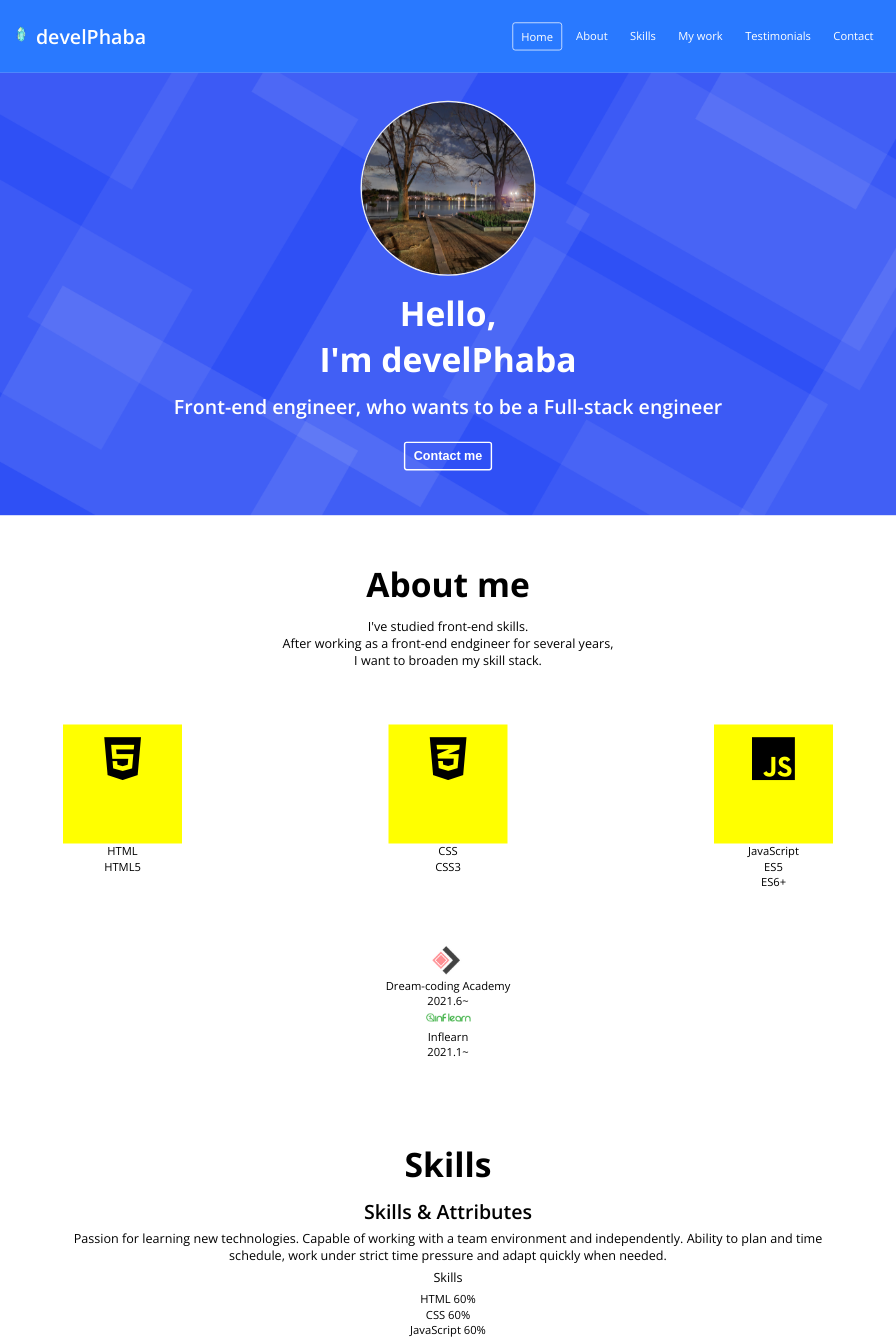
Repository: delphkim/portfolio
Page: index.html
An editor plug-in stored every save of this project. The page is shown before and after the next save, followed by the edit.
The browser window is 1280 px wide. The pictures show the part of the page from y = 0 to 1920 px (the page is 6038 px tall), at 70% of full size.
Some web libraries are served in a nearby version.

Above is the page before, as saved 2021-08-03 20:02:23.

### index.html
<!DOCTYPE html>
<html lang="en">
  <head>
    <meta charset="UTF-8" />
    <meta http-equiv="X-UA-Compatible" content="IE=edge" />
    <meta name="viewport" content="width=device-width, initial-scale=1.0" />
    <title>DevelPhaba's Portfolio</title>
    <meta name="description" content="Portfolio for world-reknowned software engineer develPhaba"/>
    <meta name="author" content="develPhaba" />
    <link rel="icon" type="img/png" href="./imgs/favicon.png">
    <script src="https://kit.fontawesome.com/d2b892ca94.js" crossorigin="anonymous"></script>
    <link rel="preconnect" href="https://fonts.googleapis.com" />
    <link rel="preconnect" href="https://fonts.gstatic.com" crossorigin />
    <link href="https://fonts.googleapis.com/css2?family=Open+Sans:wght@400;600;700&display=swap" rel="stylesheet"/>
    <!-- CSS rules to specify families -->
    <!-- 1. font-family: 'Open Sans', sans-serif;  -->
    <link rel="stylesheet" href="./style.css">
    <script src="./main.js" defer></script>
  </head>
  <body>
    <!-- Navbar -->
    <nav id="navbar">
      <div class="navbar__logo">
        <img class="navbar__icon" src="./imgs/favicon.png" alt="logo">
        <a href="#">develPhaba</a>
      </div>

        <ul class="navbar__menu">
          <li class="navbar__menu__item active">Home</li>
          <li class="navbar__menu__item">About</li>
          <li class="navbar__menu__item">Skills</li>
          <li class="navbar__menu__item">My work</li>
          <li class="navbar__menu__item">Testimonials</li>
          <li class="navbar__menu__item">Contact</li>
        </ul>

    </nav>
    <!-- Home -->
    <section id="home">
      <img src="./imgs/home.jpg"
           alt="develPhabas' profile photo"
           class="home__avatar">
           <h1 class="home__title">Hello, <br>I'm develPhaba</br></h1>
           <h2 class="home__description">Front-end engineer, who wants to be a Full-stack engineer </h2>
           <button class="home__contact">Contact me</button>
    </section>
    <!-- About -->
    <section id="about" class="section">
      <h1>About me</h1>
      <p>I've studied front-end skills.
        <br>After working as a front-end endgineer for several years,
        <br>I want to broaden my skill stack.
      </p>
      <div class="about__majors">
        <div class="major">
          <div class="major__icon">
            <i class="fab fa-html5"></i>
          </div>
          <div class="major__title">HTML</div>
          <div class="major__description">HTML5</div>
        </div>
        <div class="major">
            <div class="major__icon">
              <i class="fab fa-css3-alt"></i>
            </div>
            <div class="major__title">CSS</div>
            <div class="major__description">CSS3</div>
        </div>
        <div class="major">
          <div class="major__icon">
            <i class="fab fa-js"></i>
          </div>
          <div class="major__title">JavaScript</div>
          <div class="major__description">ES5<br>ES6+</div>
        </div>
      </div>
      <div class="about__schools">
        <div class="school">
          <img src="./imgs/schools/dream-coding.png" alt="dream-coding" class="school__logo">
          <div class="school__title">Dream-coding Academy</div>
          <div class="school__years">2021.6~</div>
        </div>
        <div class="school">
          <img src="./imgs/schools/inflearn.png" alt="inflearn" class="school__logo">
          <div class="school__title">Inflearn</div>
          <div class="school__years">2021.1~</div>
        </div>
      </div>

    </section>
    <!-- Skills -->
    <section id="skills" class="section">
      <h1>Skills</h1>
      <h2>Skills & Attributes</h2>
      <p>
        Passion for learning new technologies. Capable of working with a team environment
        and independently. Ability to plan and time schedule, work under
        strict time pressure and adapt quickly when needed.
      </p>
      <div class="skillset">
        <div class="skillset__left">
          <h3 class="skillset__title">Skills</h3>
          <div class="skill">
            <div class="skill__description">
              <span>HTML</span>
              <span>60%</span>
            </div>
            <div class="skill__bar">
              <div class="skill__value"></div>
            </div>
          </div>
          <div class="skill">
            <div class="skill__description">
              <span>CSS</span>
              <span>60%</span>
            </div>
            <div class="skill__bar">
              <div class="skill__value"></div>
            </div>
          </div>
          <div class="skill">
            <div class="skill__description">
              <span>JavaScript</span>
              <span>60%</span>
            </div>
            <div class="skill__bar">
              <div class="skill__value"></div>
            </div>
          </div>
        </div>
        <div class="skillset__right">
          <div class="tools">
            <h3 class="skillset__title">tools</h3>
            <ul class="tools__list">
              <li><span>Visual Studio Code</span></li>
              <li><span>...</span></li>
              <li><span>...</span></li>
              <li><span>...</span></li>
              <li><span>...</span></li>
            </ul>
          </div>
          <div class="etc">
            <h3 class="skillset__title">etc</h3>
            <ul class="ect__list">
              <li><span>Git</span></li>
              <li><span>Github</span></li>
              <li><span>...</span></li>
            </ul>
          </div>


        </div>
      </div>
    </section>
    <!-- Work -->
    <section id="work" class="section">
      <h1>My work</h1>
      <h3>Projects</h3>
      <div class="work__categories">
        <button class="category__btn">All <span class="category__count">8</span></button>
        <button class="category__btn">Vanilla JS <span class="category__count">3</span></button>
        <button class="category__btn">React <span class="category__count">3</span></button>
        <button class="category__btn">Backend <span class="category__count">2</span></button>
      </div>
      <div class="work__projects">
        <a href="https://github.com/develPhaba/test"
           class="project"
           targe="blank">
           <img class="project__img" src="./imgs/projects/1.jpg" alt="one">
           <div class="project__description">
             <h3>first project</h3>
             <span>Clone coding with HTML and CSS</span>
           </div>
        </a>
        <a href="https://github.com/develPhaba/test"
           class="project"
           target="blank">
           <img class="project__img" src="./imgs/projects/2.jpg" alt="two">
           <div class="project__description">
            <h3>Second project</h3>
            <span>Clone coding with HTML, CSS and JavaScript</span>
          </div>
        </a>
        <a href="https://github.com/develPhaba/test"
           class="project"
           target="blank">
           <img class="project__img" src="./imgs/projects/3.jpg" alt="three">
           <div class="project__description">
            <h3>third project</h3>
            <span>Clone coding with HTML,CSS and JavaScript</span>
           </div>
        </a>
        <a href="https://github.com/develPhaba/test"
           class="project"
           target="blank">
          <img class="project__img" src="./imgs/projects/4.jpg" alt="four">
          <div class="project__description">
            <h3>fourth project</h3>
            <span>Clone coding,Front-end with React</span>
          </div>
        </a>
        <a href="https://github.com/develPhaba/test"
           class="project"
           target="blank">
          <img class="project__img" src="./imgs/projects/5.jpg" alt="five">
          <div class="project__description">
            <h3>fifth project</h3>
            <span>Clone coding,Front-end with React</span>
          </div>
        </a>
        <a href="https://github.com/develPhaba/test"
           class="project"
           target="blank">
          <img class="project__img" src="./imgs/projects/6.jpg" alt="six">
          <div class="project__description">
            <h3>sixth project</h3>
            <span>Clone coding,Front-end with React</span>
          </div>
        </a>
        <a href="https://github.com/develPhaba/test"
           class="project"
           target="blank">
           <img class="project__img" src="./imgs/projects/7.jpg" alt="seven">
           <div class="project__description">
            <h3>seventh project</h3>
            <span>Clone coding, Back-end with Node.js</span>
           </div>
        </a>
        <a href="https://github.com/develPhaba/test"
           class="project"
           target="blank">
           <img class="project__img" src="./imgs/projects/8.jpg" alt="eight">
           <div class="project__description">
            <h3>eighth project</h3>
            <span>Clone coding, Back-end with Node.js</span>
           </div>
        </a>
      </div>
    </section>
    <!-- Testimonials -->
    <section id="testimonials" class="section">
      <h1>Testimonials</h1>
      <h3>See what they say about me</h3>
      <div class="testimonials">
        <div class="testimonial">
          <img src="./imgs/testimonial/people1.jpg"
               alt="people"
               class="testimonial__avatar">
               <div class="testimonial__speech-bubble">
                 <p>Lorem ipsum dolor sit amet consectetur adipisicing elit. Magnam, vitae.
                   Dolores sit in amet quos. Alias maiores accusantium dolore error illo eligendi,
                   vel sint aperiam nemo soluta debitis deserunt voluptas.</p>
                   <p class="name"><a href="https://github.com/develPhaba/test">TestName</a>/Test company</p>
               </div>
        </div>
        <div class="testimonial">
          <img src="./imgs/testimonial/people2.jpg"
               alt="people"
               class="testimonial__avatar">
               <div class="testimonial__speech-bubble">
                <p>Lorem ipsum dolor sit amet consectetur adipisicing elit. Magnam, vitae.
                  Dolores sit in amet quos. Alias maiores accusantium dolore error illo eligendi,
                  vel sint aperiam nemo soluta debitis deserunt voluptas.</p>
                <p class="name"><a href="https://github.com/develPhaba/test">TestName2</a>/Test company2</p>
              </div>
        </div>
      </div>
    </section>
    <!-- Contact -->
    <section id="contact" class="section">
      <h1 class="contact__title">Let's talk</h1>
      <h2 class="contact__email">hgkim9201@gmail.com</h2>
      <div class="contact__links">
      <a href="https://github.com/develPhaba">
        <i class="fa fa-github"></i>
      </a>
      <a href="">
      <i class="fa fa-linkedin-square"></i>
      </a>
      </div>
      <p class="contact__rights">Dreaming-coding Ellie -All rights reserved</p>
    </section>
  </body>
</html>

### style.css
:root {
  /* Color */
  --color-white: #ffffff;
  --color-light-white: #eeeeee;
  --color-dark-white: #bdbdbd;
  --color-pink: #fe918d;
  --color-dark-pink: #ff6863;
  --color-black: #4d4d4d;
  --color-dark-grey: #4d4d4d;
  --color-grey: #616161;
  --color-blue: #73aace;
  --color-yellow: #fff7d1;
  --color-orange: #feb546;
  --color-black: #000000;
  --color-green: #80deea;
  --color-sky-blue: #2979ff;
  --color-dark-blue: rgb(31, 94, 204);
  /* Font size */
  --font-large: 48px;
  --font-medium: 28px;
  --font-regular: 18px;
  --font-small: 16px;
  --font-micro: 14px;
  /* Font weight */
  --weight-bold: 700;
  --weight-semi-bold: 600;
  --weight-regular: 400;
  /* Size */
  --size-border-radius: 4px;
}
/* Universal tags */
* {
  box-sizing: border-box;
}
body {
  font-family: "Open Sans", sans-serif;
  margin: 0;
  cursor: default;
}
a {
  text-decoration: none;
  color: var(--color-white);
}
ul {
  list-style: none;
  padding-left: 0;
}
h1 {
  font-size: var(--font-large);
  font-weight: var(--weight-bold);
  color: var(--color-black);
  margin: 16px 0;
}
h2 {
  font-size: var(--font-medium);
  font-weight: var(--weight-semi-bold);
  color: var(--color-black);
  margin: 8px 0;
}
h3 {
  font-size: var(--font-regular);
  font-weight: var(--weight-regular);
  color: var(--color-black);
  margin: 8px 0;
}
p {
  font-size: var(--font-regular);
  font-weight: var(--weight-regular);
  color: var(--color-black);
  margin: 4px 0;
}
button {
  background-color: transparent;
  cursor: pointer;
  border: none;
  outline: none;
}
/* Navbar */
#navbar {
  display: flex;
  justify-content: space-between;
  background-color: var(--color-sky-blue);
  align-items: center;
  color: var(--color-white);
  padding: 16px;
}
.navbar__logo {
  font-size: var(--font-medium);
  font-weight: var(--weight-semi-bold);
}
.navbar__icon {
  width: var(--font-medium);
  height: var(--font-medium);
}
.navbar__menu {
  display: flex;
}
.navbar__menu__item {
  padding: 8px 12px;
  margin: 0 4px;
  cursor: pointer;
  border-radius: var(--size-border-radius);
}
.navbar__menu__item:hover {
  background-color: var(--color-dark-blue);
}
.navbar__menu__item.active {
  border: 1px solid var(--color-white);
}
/*Home*/
#home {
  background: url(./imgs/homepage-background.png) center/cover no-repeat;
  padding: 40px;
  text-align: center;
}
.home__avatar {
  width: 250px;
  height: 250px;
  border-radius: 50%;
  border: 2px solid var(--color-light-white);
}
.home__title,
.home__description {
  color: var(--color-white);
}
.home__contact {
  color: var(--color-white);
  font-size: var(--font-regular);
  font-weight: var(--weight-bold);
  margin: 24px;
  padding: 8px 12px;
  border: 2px solid var(--color-white);
  border-radius: var(--size-border-radius);
}
/* Section common */
.section {
  text-align: center;
  padding: 50px;
  max-width: 1200px;
  margin: auto;
}
/* About me */
.about__majors {
  display: flex;
  justify-content: space-between;
  margin: 80px 0;
}
.major__icon {
  font-size: 70px;
  width: 170px;
  height: 170px;
  background-color: yellow;
  align-self: center;
}

Loaded but not shown: main.js (no stored copy; drawn as an empty file)

After the next save:
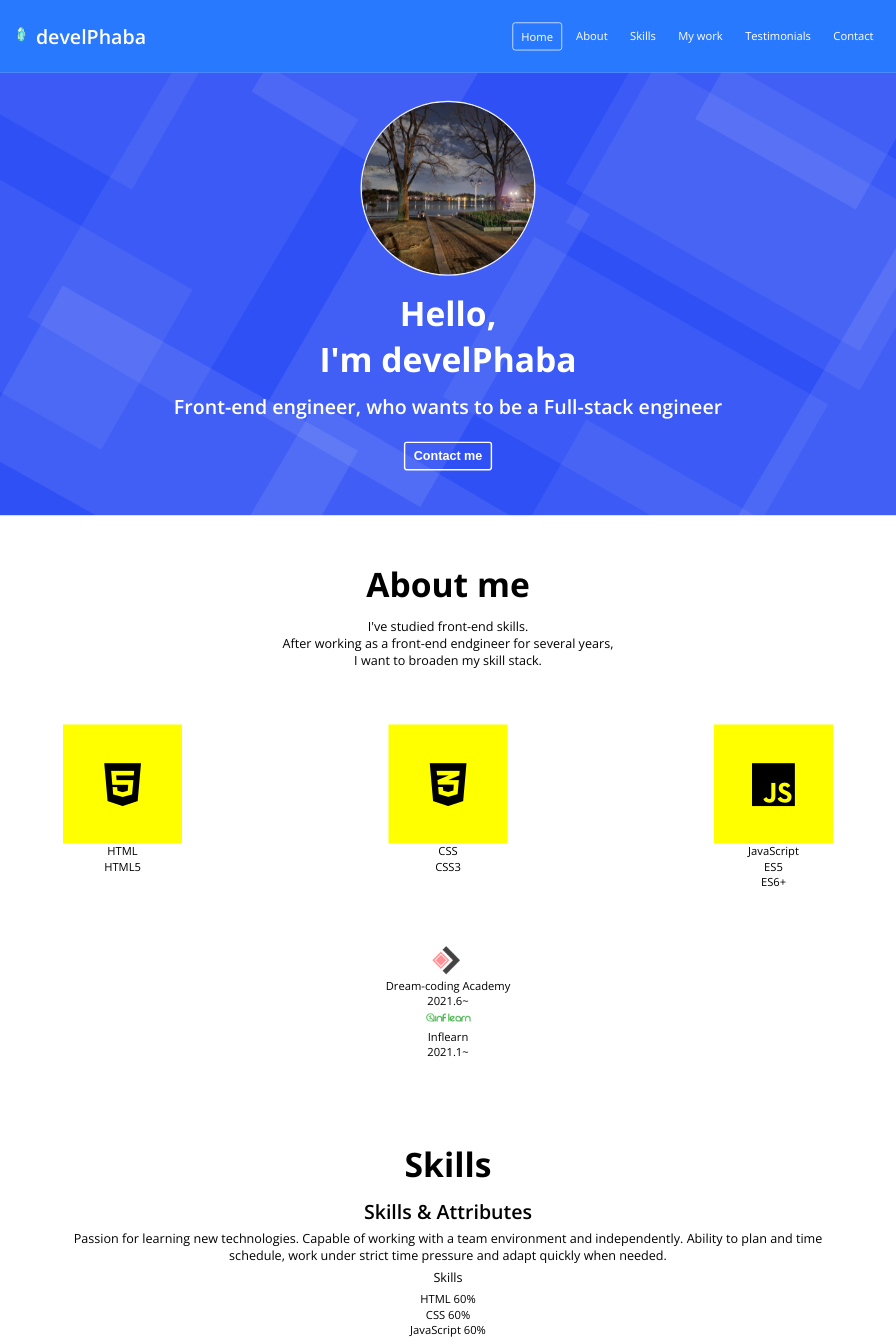
Saved 91 s later.
--- a/style.css
+++ b/style.css
@@ -150,5 +150,5 @@
   width: 170px;
   height: 170px;
   background-color: yellow;
-  align-self: center;
+  line-height: 170px;
 }
